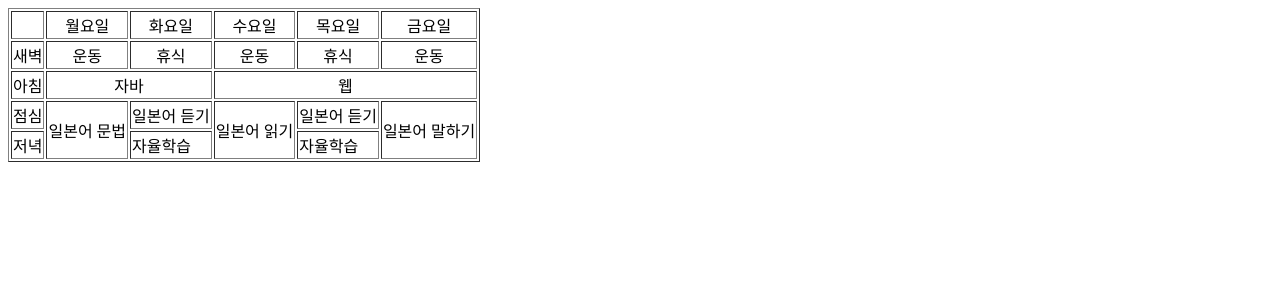
Repository: jaehyeon0418/workspace123
Page: w1025/src/webapp/w1025_01.html
An editor plug-in stored every save of this project. The page is shown before and after the next save, followed by the edit.
The browser window is 1280 px wide. The pictures show the whole page.

Above is the page before, as saved 2022-10-25 01:20:06.

### w1025/src/webapp/w1025_01.html
<!DOCTYPE html>
<html>
<head>
<meta charset="UTF-8">
<title>Insert title here</title>
</head>
<body>

	<table border="1">
		<tr>
			<td></td>
			<td><center>월요일</center></td>
			<td><center>화요일</center></td>
			<td><center>수요일</center></td>
			<td><center>목요일</center></td>
			<td><center>금요일</center></td>

		</tr>

		<tr>
			<td>새벽</td>
			<td><center>운동</center></td>
			<td><center>휴식</center></td>
			<td><center>운동</center></td>
			<td><center>휴식</center></td>
			<td><center>운동</center></td>
		</tr>
		<tr>
			<td>아침</td>
			<td colspan = "2"><center>자바</center></td>

			<td colspan = "3"><center>웹</center></td>


		</tr>
		<tr>
			<td>점심</td>
			<td rowspan = "2">일본어 문법</td>
			<td>일본어 듣기</td>
			<td rowspan = "2">일본어 읽기</td>
			<td>일본어 듣기</td>
			<td rowspan = "2">일본어 말하기</td>
		</tr>
		<tr>
			<td>저녁</td>

			<td>자율학습</td>

			<td>자율학습</td>

		</tr>




	</table>
</body>
</html>

After the next save:
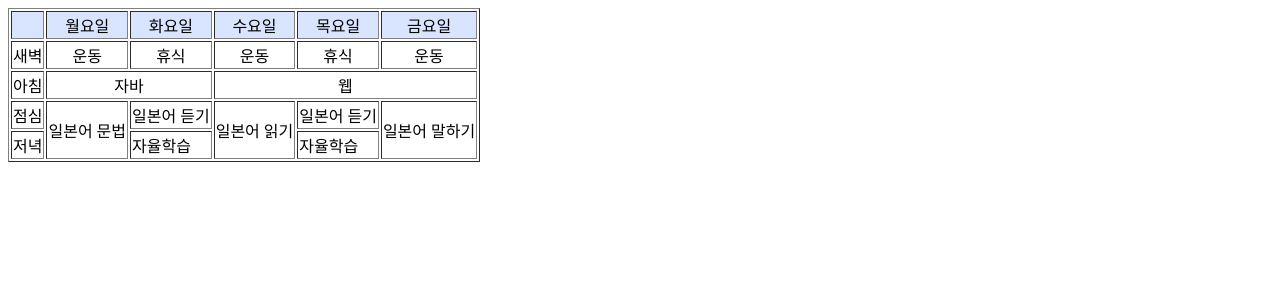
Saved 38 s later.
--- a/w1025/src/webapp/w1025_01.html
+++ b/w1025/src/webapp/w1025_01.html
@@ -7,7 +7,7 @@
 <body>
 
 	<table border="1">
-		<tr>
+		<tr bgcolor="#D9E5FF">
 			<td></td>
 			<td><center>월요일</center></td>
 			<td><center>화요일</center></td>
